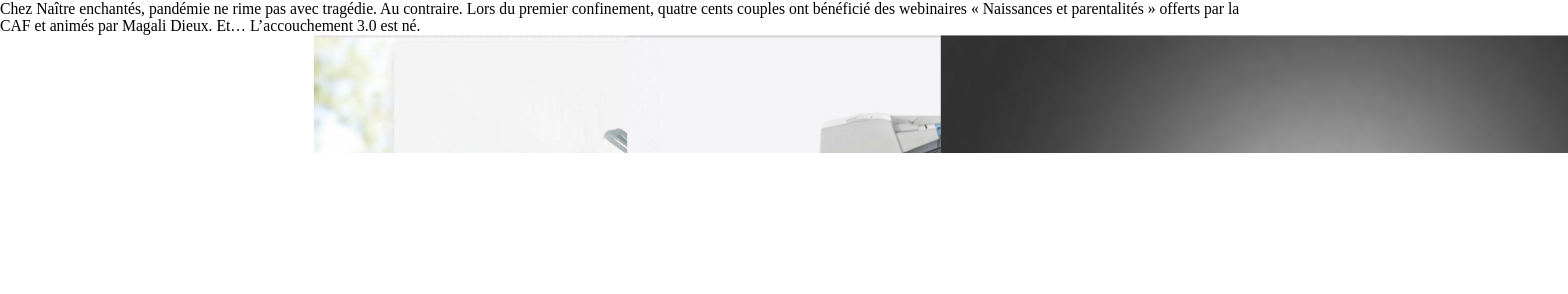
Repository: clairedupuich/kong_jian
Page: sllider_simple/index.html
These files come from the project's save history. The page is drawn as it stood at one moment and after the next save; the edit follows.
The browser window is 1280 px wide. The page is 1600 px wide, then 1280 px, so the pictures cover 1600 px, including what lies to the right of the window. The pictures show the whole page, at 98% of full size.

Above is the page before, as saved 2020-12-07 22:36:10.

### sllider_simple/index.html
<!DOCTYPE html PUBLIC "-//W3C//DTD XHTML 1.0 Transitional//EN"
"http://www.w3.org/TR/xhtml1/DTD/xhtml1-transitional.dtd">
<html>
<head>
<meta http-equiv="Content-Type" content="text/html; charset=utf-8"/>
<title></title>
<link rel="stylesheet" href="style.css">

</head>
<body>
    <div class="">
        <p class="pp">
            Chez Naître enchantés, pandémie ne rime pas avec tragédie. Au contraire. Lors du premier confinement, quatre cents couples ont bénéficié des webinaires « Naissances et parentalités » offerts par la CAF et animés par Magali Dieux. Et… L’accouchement 3.0 est né.


        </p>
    </div>
<div id="view">
<ul id="img_list">
<li id="a"><img src="img/slider_img1.png" /></li>
<li id="b"><img src="img/slider_img2.png" /></li>
<li id="c"><img src="img/img_slider_31.png" /></li>
<li id="d"><img src="img/promo.png" /></li>
</ul>
</div>

<script src="main.js"></script>
</body>
</html>

<!--
    https://www.w3cschool.cn/lwp2e2/7cz212kd.html

    常见的幻灯片切换无非就是轮播和渐变，不管哪种都是用定时器来逐步改变图片或者图片组的某种属性来实现的。摒弃其他的效果，最简单的轮播也就只有一条语句：

parent.appendChild(parent.firstChild)，不断的把列表的一个元素添加到最后一个，appendChild会将节点从原来的位置移除，所以借此可以产生切换效果。

一点，IE对文本的文本节点与其他的浏览器不同，在获取子节点的时候需要注意，另外在不同版本的FF中，children这个属性也需要注意。

下面的demo没有设置#view的overflow:hidden。 -->

### sllider_simple/style.css
* {
    margin: 0;
    padding: 0;
}

ul {
    list-style: none;
}

#view {
    position: relative;
    width: 100%;
    height: 120px;
    margin-left: 320px;

    overflow: hidden;
}

#view:after {
    content: '.';
    display: block;
    clear: both;
    height: 0;
    visibility: hidden;
}

#img_list {
    position: absolute;
    width: 960px;
}

#img_list li {
    float: left;
    width: 320px;
    height: 120px;
}

#a {
    background: #87ceeb;
}

#b {
    background: #ff69b4;
}

#c {
    background: #98fb98;
}

### sllider_simple/main.js
var img_list = document.getElementById('img_list');
setInterval(function () {
    img_list.appendChild(img_list.firstChild);
}, 500)

After the next save:
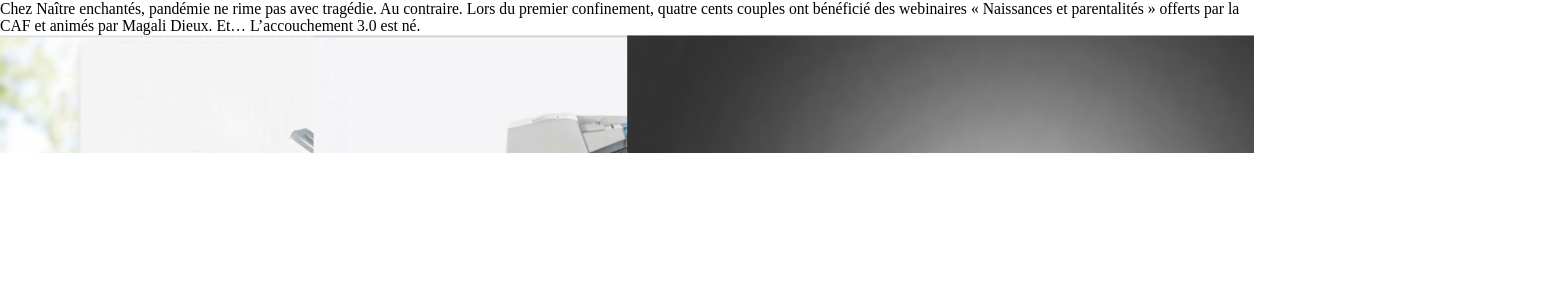
Saved 10 s later.
--- a/sllider_simple/style.css
+++ b/sllider_simple/style.css
@@ -11,7 +11,7 @@ ul {
     position: relative;
     width: 100%;
     height: 120px;
-    margin-left: 320px;
+   /*  margin-left: 320px; */
 
     overflow: hidden;
 }
